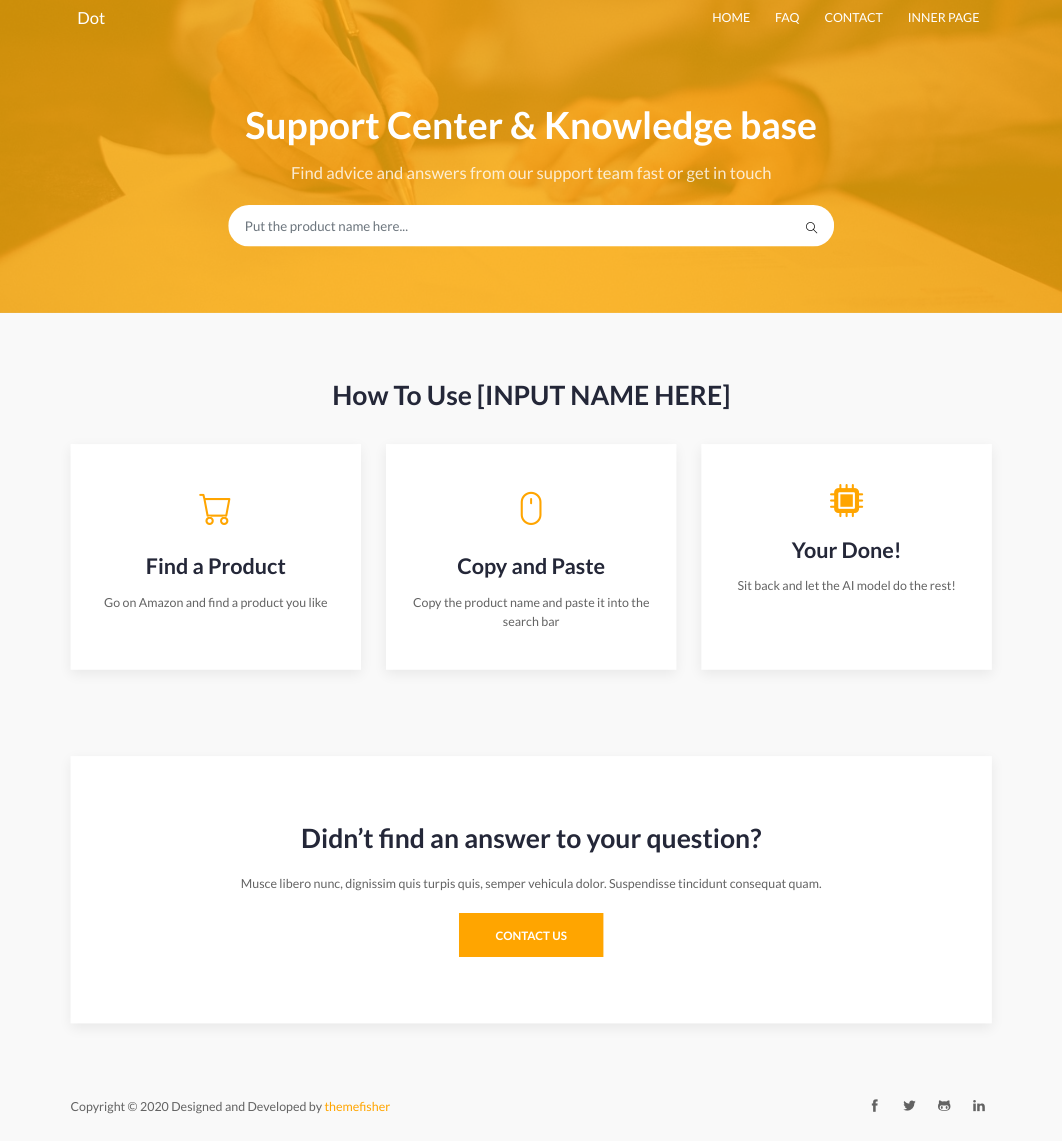
Repository: AlexThyCoolest/ReviewReader
Page: http://localhost/
The author's editor kept a copy of each file at every save. The page is drawn from the files as they stood at one save, then again after the next save.
The browser window is 1280 px wide. The pictures show the whole page, at 83% of full size.
The page is served by the project's application, run on Flask 3 (main.py).

Above is the page before, as saved 2024-07-23 11:19:45.

After the next save:
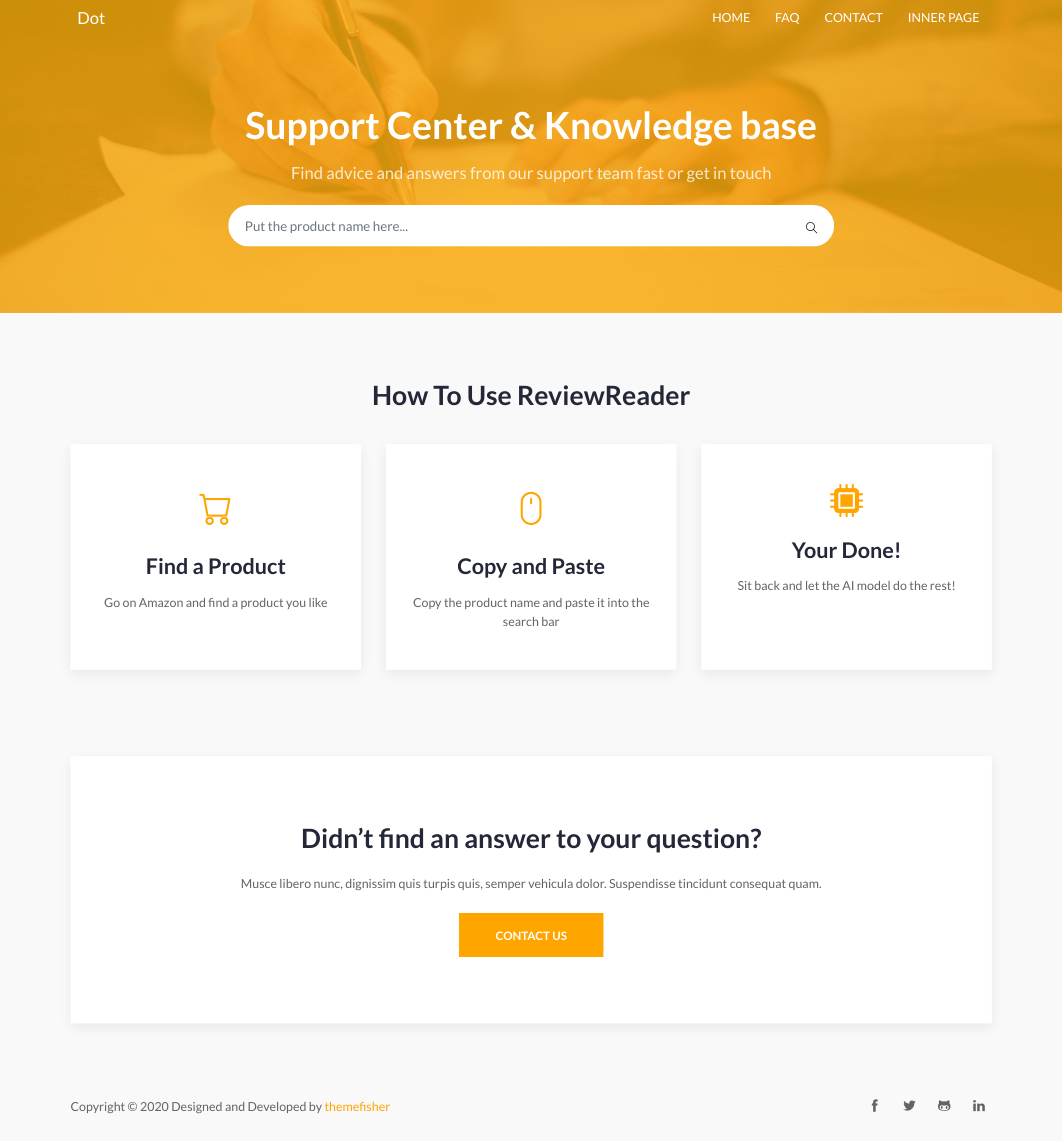
Saved 6 min 58 s later.
--- a/OYT/templates/index.html
+++ b/OYT/templates/index.html
@@ -97,7 +97,7 @@
         <div class="container">
             <div class="row justify-content-center">
                 <div class="col-12 text-center">
-                    <h2 class="section-title">How To Use [INPUT NAME HERE]</h2>
+                    <h2 class="section-title">How To Use ReviewReader </h2>
                 </div>
                 <!-- topic-item -->
                 <div class="col-lg-4 col-sm-6 mb-4">
